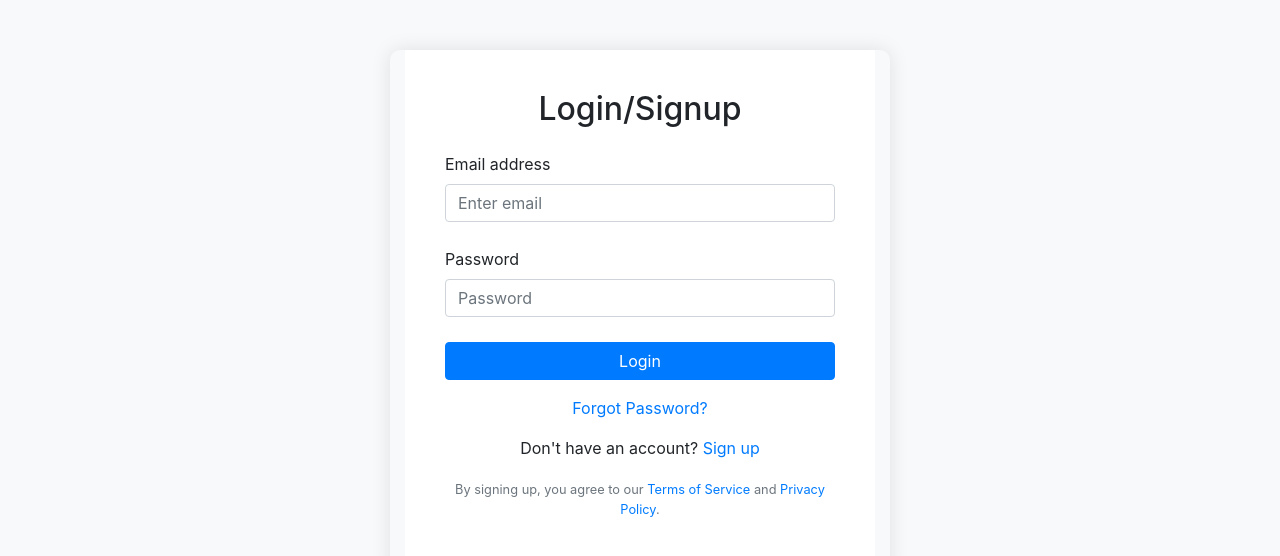
Repository: Darkrepo23/Ecommerce-Manalastas-project
Page: login.html
The author's editor kept a copy of each file at every save. The page is drawn from the files as they stood at one save, then again after the next save.
The browser window is 1280 px wide. The pictures show the whole page.
Some web libraries are served in a nearby version.

Above is the page before, as saved 2025-12-15 16:33:51.

After the next save:
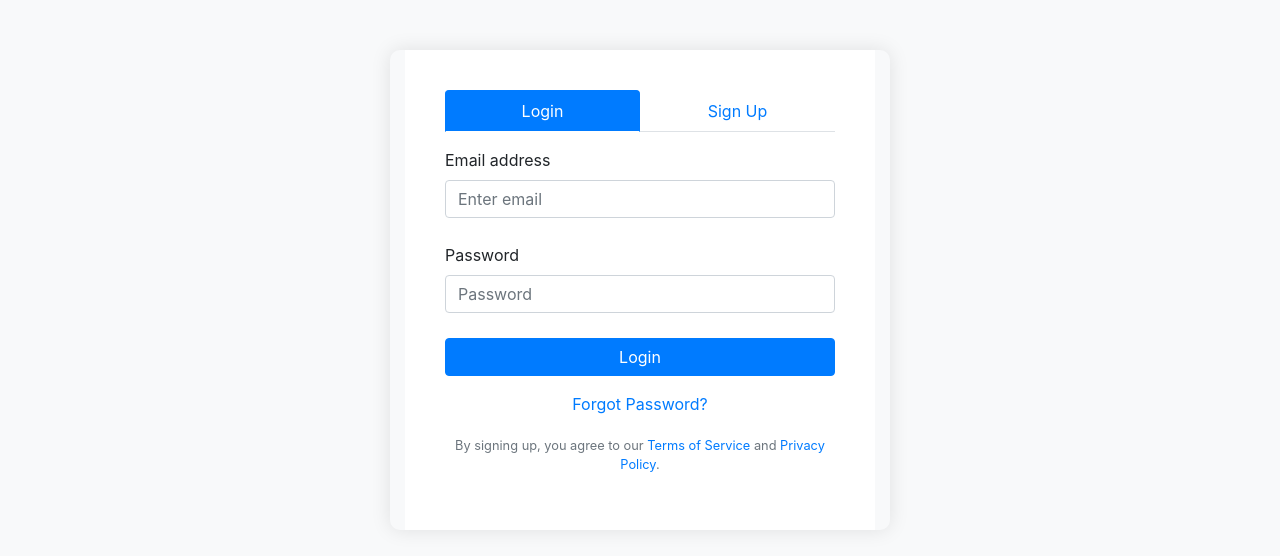
Saved 70 s later.
--- a/login.html
+++ b/login.html
@@ -51,29 +51,63 @@
     font-size: 0.8rem;
     color: #6c757d;
    }
+   /* Tabs Styles */
+   .nav-tabs .nav-link {
+    color: #007bff;
+   }
+   .nav-tabs .nav-link.active {
+    background-color: #007bff;
+    color: white;
+    border-color: #007bff #007bff #fff;
+   }
   </style>
  </head>
  <body>
   <div class="container animation">
    <div class="form-container">
-    <h2 class="text-center mb-4">Login/Signup</h2>
-    <form>
-     <div class="form-group">
-      <label for="email">Email address</label>
-      <input type="email" class="form-control" id="email" placeholder="Enter email">
+    <ul class="nav nav-tabs nav-justified" id="myTab" role="tablist">
+     <li class="nav-item">
+      <a class="nav-link active" id="login-tab" data-toggle="tab" href="#login" role="tab" aria-controls="login" aria-selected="true">Login</a>
+     </li>
+     <li class="nav-item">
+      <a class="nav-link" id="signup-tab" data-toggle="tab" href="#signup" role="tab" aria-controls="signup" aria-selected="false">Sign Up</a>
+     </li>
+    </ul>
+    <div class="tab-content mt-3" id="myTabContent">
+     <div class="tab-pane fade show active" id="login" role="tabpanel" aria-labelledby="login-tab">
+      <form>
+       <div class="form-group">
+        <label for="loginEmail">Email address</label>
+        <input type="email" class="form-control" id="loginEmail" placeholder="Enter email">
+       </div>
+       <div class="form-group">
+        <label for="loginPassword">Password</label>
+        <input type="password" class="form-control" id="loginPassword" placeholder="Password">
+       </div>
+       <button type="submit" class="btn btn-primary btn-block">Login</button>
+       <div class="text-center mt-3">
+        <a href="#">Forgot Password?</a>
+       </div>
+      </form>
      </div>
-     <div class="form-group">
-      <label for="password">Password</label>
-      <input type="password" class="form-control" id="password" placeholder="Password">
+     <div class="tab-pane fade" id="signup" role="tabpanel" aria-labelledby="signup-tab">
+      <form>
+       <div class="form-group">
+        <label for="signupName">Full Name</label>
+        <input type="text" class="form-control" id="signupName" placeholder="Enter your name">
+       </div>
+       <div class="form-group">
+        <label for="signupEmail">Email address</label>
+        <input type="email" class="form-control" id="signupEmail" placeholder="Enter email">
+       </div>
+       <div class="form-group">
+        <label for="signupPassword">Password</label>
+        <input type="password" class="form-control" id="signupPassword" placeholder="Password">
+       </div>
+       <button type="submit" class="btn btn-primary btn-block">Sign Up</button>
+      </form>
      </div>
-     <button type="submit" class="btn btn-primary btn-block">Login</button>
-     <div class="text-center mt-3">
-      <a href="#">Forgot Password?</a>
-     </div>
-     <div class="text-center mt-3">
-      <p>Don't have an account? <a href="#">Sign up</a></p>
-     </div>
-    </form>
+    </div>
     <div class="terms-policy text-center">
      <p>By signing up, you agree to our <a href="#">Terms of Service</a> and <a href="#">Privacy Policy</a>.</p>
     </div>
@@ -82,5 +116,13 @@
   <script src="https://code.jquery.com/jquery-3.5.1.slim.min.js"></script>
   <script src="https://cdn.jsdelivr.net/npm/@popperjs/core@2.5.3/dist/umd/popper.min.js"></script>
   <script src="https://stackpath.bootstrapcdn.com/bootstrap/4.5.2/js/bootstrap.min.js"></script>
+  <script>
+   $(document).ready(function () {
+    $('#myTab a').on('click', function (e) {
+     e.preventDefault()
+     $(this).tab('show')
+    })
+   });
+  </script>
  </body>
  </html>
